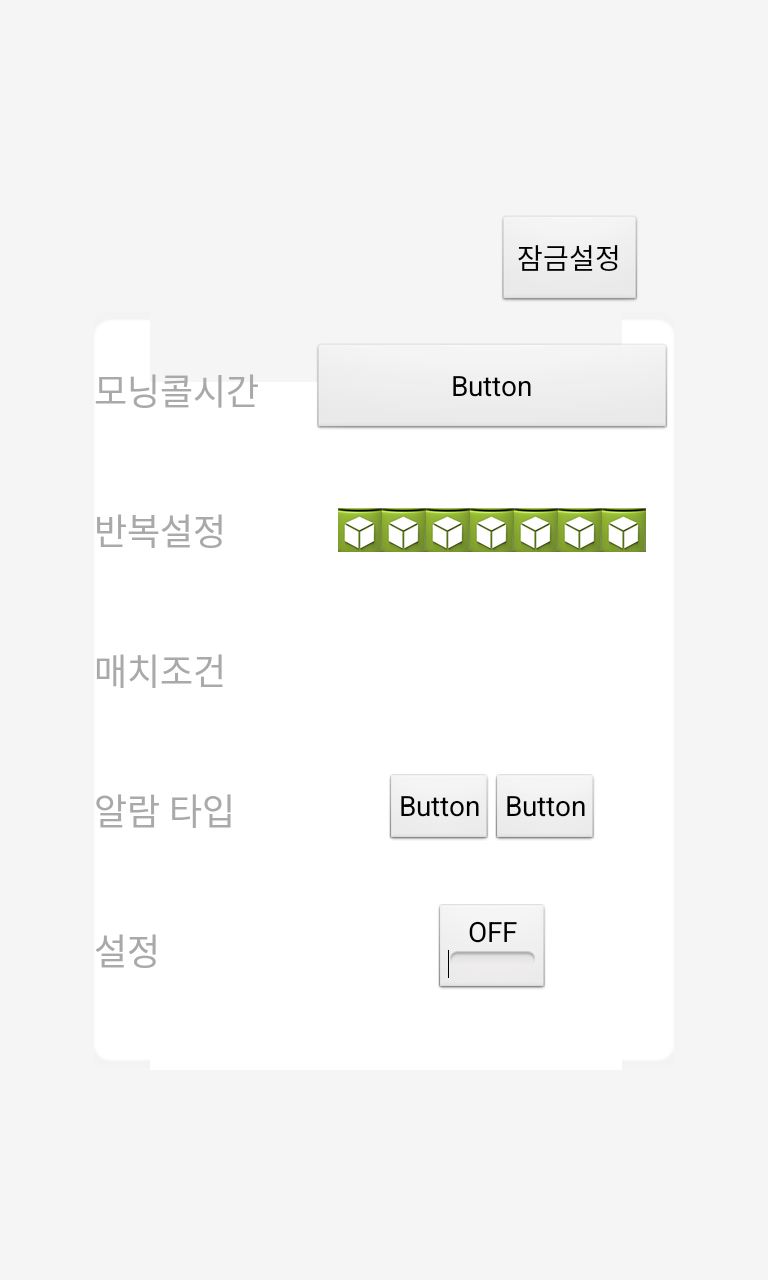
Repository: blacky512/smart_morning_call
Layout: client/SmartMorningCall/res/layout/randomcall_frag.xml
These files come from the project's save history. The layout is drawn as it stood at one moment and after the next save; the edit follows.
It is drawn on a 768 x 1280 px phone screen (xhdpi) without system bars, with theme android:Theme.NoTitleBar; the app's code is not run.

Above is the layout before, as saved 2013-02-19 11:38:31.

### client/SmartMorningCall/res/layout/randomcall_frag.xml
<RelativeLayout xmlns:android="http://schemas.android.com/apk/res/android"
    xmlns:tools="http://schemas.android.com/tools"
    android:layout_width="match_parent"
    android:layout_height="match_parent"
    android:background="#f5f5f5"
    tools:context=".RandomCallActivity" >

    <LinearLayout
        android:layout_width="310dp"
        android:layout_height="wrap_content"
        android:layout_centerInParent="true"
        android:layout_marginTop="26dp"
        android:orientation="vertical"
        android:padding="10dp">

        <RelativeLayout
            android:id="@+id/RelativeLayout1"
            android:layout_width="260dp"
            android:layout_height="50dp"
            android:layout_gravity="center_horizontal" >

            <Button
                android:id="@+id/button1"
                android:layout_width="wrap_content"
                android:layout_height="wrap_content"
                android:layout_alignParentBottom="true"
                android:layout_alignParentRight="true"
                android:text="잠금설정" />

        </RelativeLayout>

        <FrameLayout
            android:id="@+id/rcall_1"
            android:layout_width="300dp"
            android:layout_height="380dp"
            android:layout_gravity="center_horizontal"
            android:background="@drawable/te"
            android:padding="5dp" >

            <LinearLayout
                android:layout_width="match_parent"
                android:layout_height="350dp"
                android:orientation="vertical"
                android:padding="0dp" >

                <LinearLayout
                    android:layout_width="match_parent"
                    android:layout_height="0dp"
                    android:layout_weight="1" >

                    <TextView
                        android:id="@+id/textView1"
                        android:layout_width="0dp"
                        android:layout_height="wrap_content"
                        android:layout_gravity="center_vertical"
                        android:layout_weight="0.6"
                        android:text="모닝콜시간"
                        android:textAppearance="?android:attr/textAppearanceMedium"
                        android:textColor="#a9a9a9" />

                    <RelativeLayout
                        android:layout_width="0dp"
                        android:layout_height="wrap_content"
                        android:layout_gravity="center_vertical"
                        android:layout_weight="1" >

                        <Button
                            android:id="@+id/btn_settime"
                            android:layout_width="match_parent"
                            android:layout_height="wrap_content"
                            android:layout_centerHorizontal="true"
                            android:layout_weight="1"
                            android:text="Button" />
                    </RelativeLayout>
                </LinearLayout>

                <LinearLayout
                    android:layout_width="match_parent"
                    android:layout_height="0dp"
                    android:layout_weight="1" >

                    <TextView
                        android:id="@+id/textView2"
                        android:layout_width="0dp"
                        android:layout_height="wrap_content"
                        android:layout_gravity="center_vertical"
                        android:layout_weight="0.6"
                        android:text="반복설정"
                        android:textAppearance="?android:attr/textAppearanceMedium"
                        android:textColor="#a9a9a9" />

                    <RelativeLayout
                        android:id="@+id/RelativeLayout1"
                        android:layout_width="0dp"
                        android:layout_height="match_parent"
                        android:layout_gravity="center_vertical"
                        android:layout_weight="1" >

                        <LinearLayout
                            android:layout_width="wrap_content"
                            android:layout_height="wrap_content"
                            android:layout_centerInParent="true" >

                            <ImageButton
                                android:id="@+id/btn_mon"
                                android:layout_width="22dp"
                                android:layout_height="22dp"
                                android:src="@drawable/ic_launcher" />

                            <ImageButton
                                android:id="@+id/btn_tue"
                                android:layout_width="22dp"
                                android:layout_height="22dp"
                                android:src="@drawable/ic_launcher" />

                            <ImageButton
                                android:id="@+id/btn_wed"
                                android:layout_width="22dp"
                                android:layout_height="22dp"
                                android:src="@drawable/ic_launcher" />

                            <ImageButton
                                android:id="@+id/btn_thu"
                                android:layout_width="22dp"
                                android:layout_height="22dp"
                                android:src="@drawable/ic_launcher" />

                            <ImageButton
                                android:id="@+id/btn_fri"
                                android:layout_width="22dp"
                                android:layout_height="22dp"
                                android:src="@drawable/ic_launcher" />

                            <ImageButton
                                android:id="@+id/btn_sat"
                                android:layout_width="22dp"
                                android:layout_height="22dp"
                                android:src="@drawable/ic_launcher" />

                            <ImageButton
                                android:id="@+id/btn_sun"
                                android:layout_width="22dp"
                                android:layout_height="22dp"
                                android:src="@drawable/ic_launcher" />
                        </LinearLayout>
                    </RelativeLayout>
                </LinearLayout>

                <LinearLayout
                    android:layout_width="match_parent"
                    android:layout_height="0dp"
                    android:layout_weight="1" >

                    <TextView
                        android:id="@+id/textView3"
                        android:layout_width="0dp"
                        android:layout_height="wrap_content"
                        android:layout_gravity="center_vertical"
                        android:layout_weight="0.6"
                        android:text="매치조건"
                        android:textAppearance="?android:attr/textAppearanceMedium"
                        android:textColor="#a9a9a9" />

                    <RelativeLayout
                        android:layout_width="0dp"
                        android:layout_height="match_parent"
                        android:layout_weight="1" >

                        <LinearLayout
                            android:layout_width="match_parent"
                            android:layout_height="match_parent"
                            android:layout_centerHorizontal="true"
                            android:layout_centerVertical="true" >
                        </LinearLayout>
                    </RelativeLayout>
                </LinearLayout>

                <LinearLayout
                    android:layout_width="match_parent"
                    android:layout_height="0dp"
                    android:layout_weight="1" >

                    <TextView
                        android:id="@+id/textView4"
                        android:layout_width="0dp"
                        android:layout_height="wrap_content"
                        android:layout_gravity="center_vertical"
                        android:layout_weight="0.6"
                        android:text="알람 타입"
                        android:textAppearance="?android:attr/textAppearanceMedium"
                        android:textColor="#a9a9a9" />

                    <RelativeLayout
                        android:layout_width="0dp"
                        android:layout_height="match_parent"
                        android:layout_weight="1"
                        android:gravity="center_horizontal" >

                        <LinearLayout
                            android:layout_width="wrap_content"
                            android:layout_height="wrap_content"
                            android:layout_centerInParent="true" >

                            <Button
                                android:id="@+id/button2"
                                style="?android:attr/buttonStyleSmall"
                                android:layout_width="wrap_content"
                                android:layout_height="wrap_content"
                                android:layout_gravity="center_horizontal"
                                android:text="Button" />

                            <Button
                                android:id="@+id/button3"
                                style="?android:attr/buttonStyleSmall"
                                android:layout_width="wrap_content"
                                android:layout_height="wrap_content"
                                android:layout_gravity="center_horizontal"
                                android:text="Button" />
                        </LinearLayout>

                    </RelativeLayout>
                </LinearLayout>

                <LinearLayout
                    android:layout_width="match_parent"
                    android:layout_height="0dp"
                    android:layout_weight="1" >

                    <TextView
                        android:id="@+id/textView5"
                        android:layout_width="0dp"
                        android:layout_height="wrap_content"
                        android:layout_gravity="center_vertical"
                        android:layout_weight="0.6"
                        android:text="설정"
                        android:textAppearance="?android:attr/textAppearanceMedium"
                        android:textColor="#a9a9a9" />

                    <RelativeLayout
                        android:layout_width="0dp"
                        android:layout_height="match_parent"
                        android:layout_weight="1" >

                        <RelativeLayout
                            android:id="@+id/RelativeLayout1"
                            android:layout_width="match_parent"
                            android:layout_height="match_parent"
                            android:layout_centerInParent="true" >

                            <ToggleButton
                                android:id="@+id/onoff"
                                android:layout_width="wrap_content"
                                android:layout_height="wrap_content"
                                android:layout_centerInParent="true"
                                android:text="ToggleButton" />

                        </RelativeLayout>
                    </RelativeLayout>
                </LinearLayout>
            </LinearLayout>
        </FrameLayout>
    </LinearLayout>

</RelativeLayout>

After the next save:
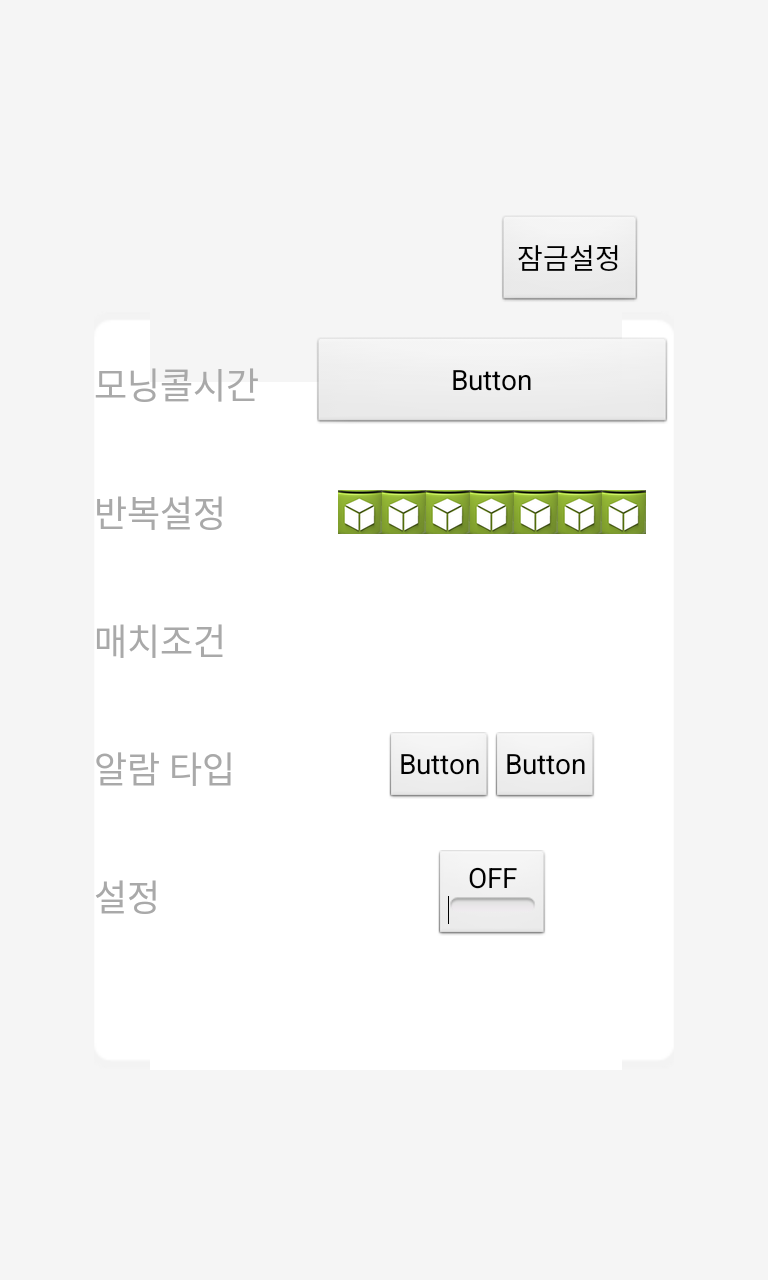
Saved 81 s later.
--- a/client/SmartMorningCall/res/layout/randomcall_frag.xml
+++ b/client/SmartMorningCall/res/layout/randomcall_frag.xml
@@ -39,7 +39,7 @@
 
             <LinearLayout
                 android:layout_width="match_parent"
-                android:layout_height="350dp"
+                android:layout_height="320dp"
                 android:orientation="vertical"
                 android:padding="0dp" >
 
